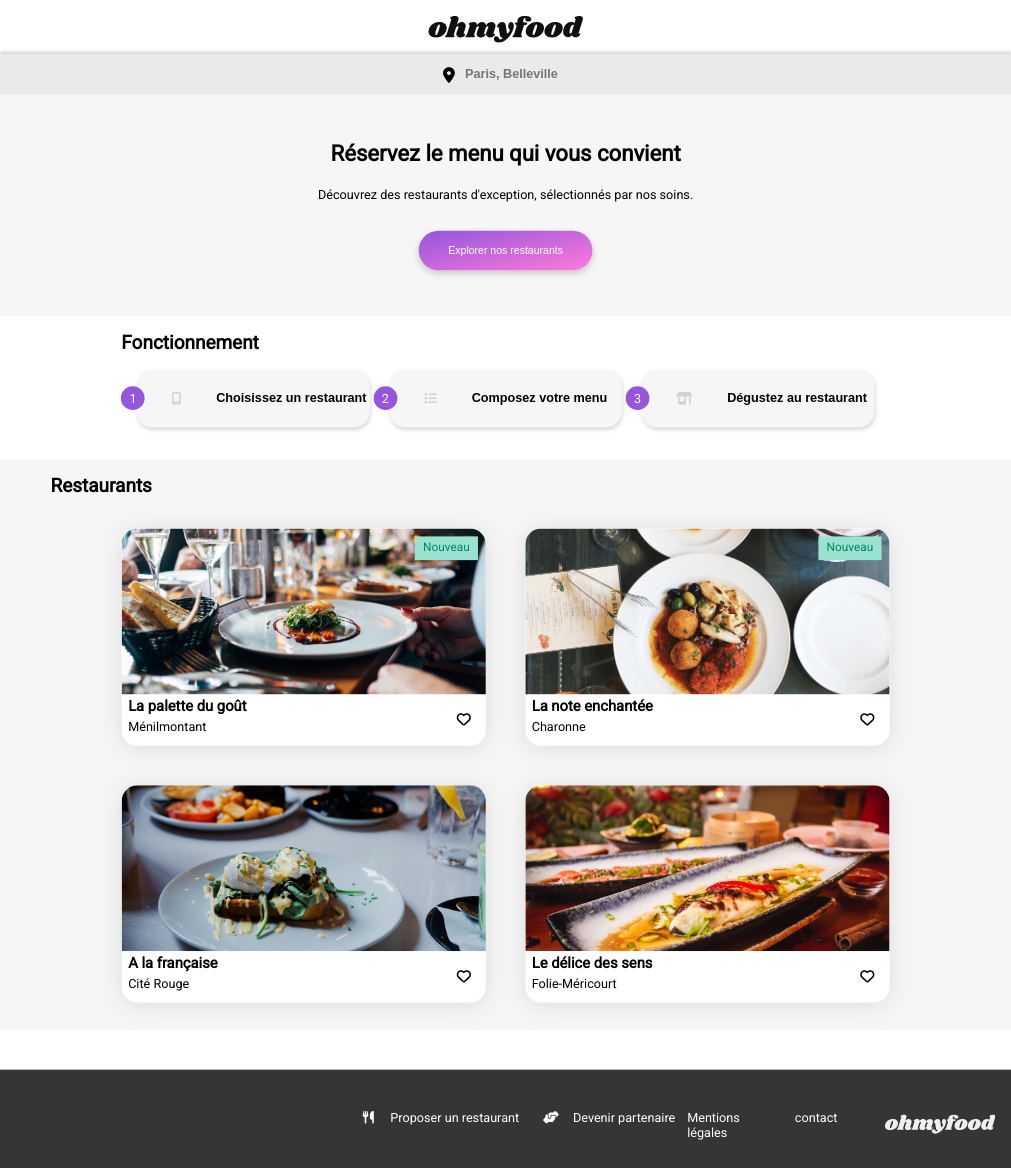
Repository: ByteVoyageur/OC-P4
Page: index.html
An editor plug-in stored every save of this project. The page is shown before and after the next save, followed by the edit.
The browser window is 1280 px wide. The pictures show the whole page, at 79% of full size.
Some web fonts or font styles are not loaded; a fallback is used. The style sheet was rebuilt from its Sass, Less or Tailwind sources for each picture, by a compiler version that may differ from the author's.

Above is the page before, as saved 2023-09-28 15:09:46.

After the next save:
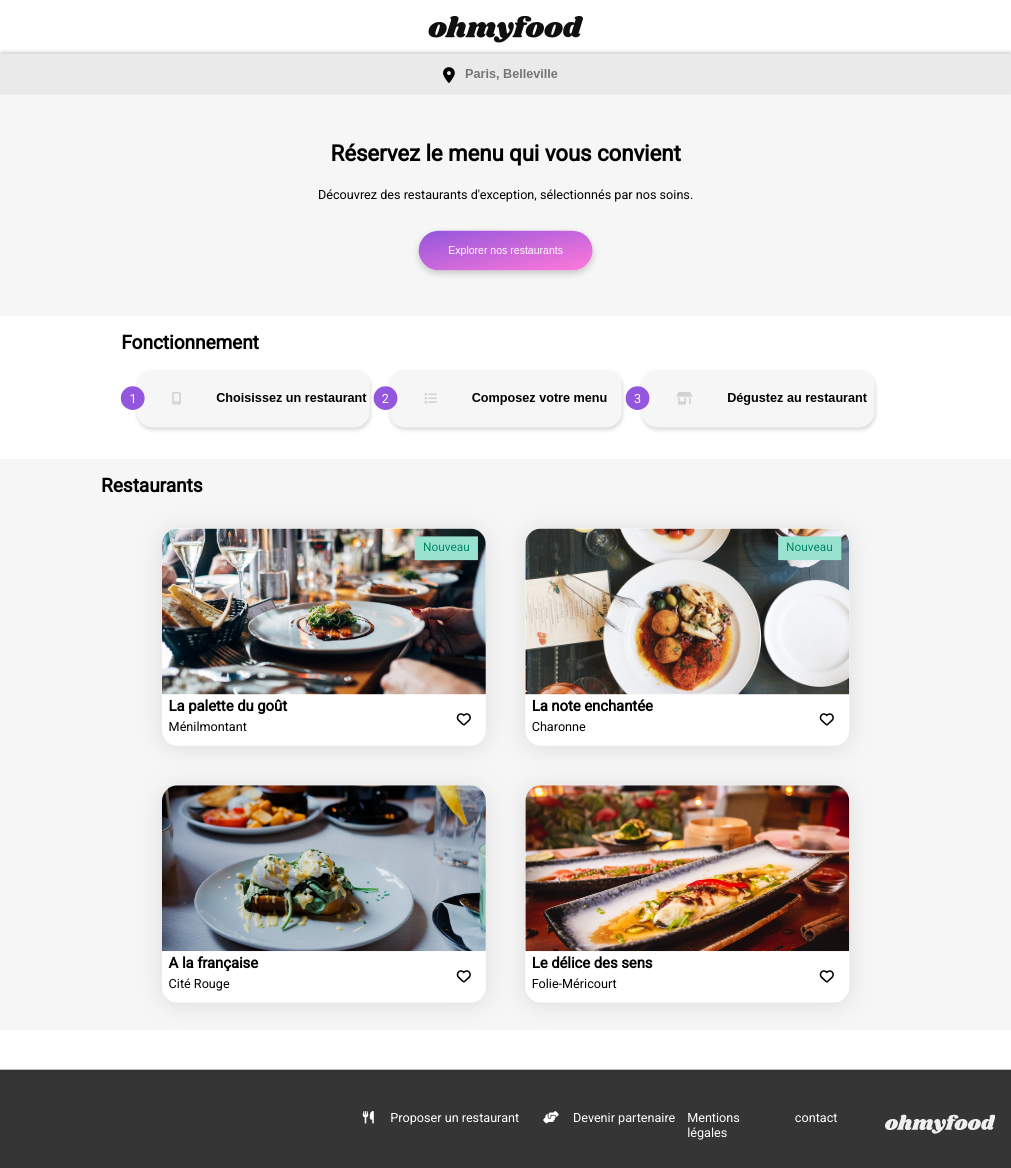
Saved 50 s later.
--- a/sass/style.scss
+++ b/sass/style.scss
@@ -255,6 +255,7 @@ a {
   }
 
   .restaurants-list {
+    padding: 0 10%;
     .restaurants-cards {
       flex-direction: row;
       gap: 50px;
